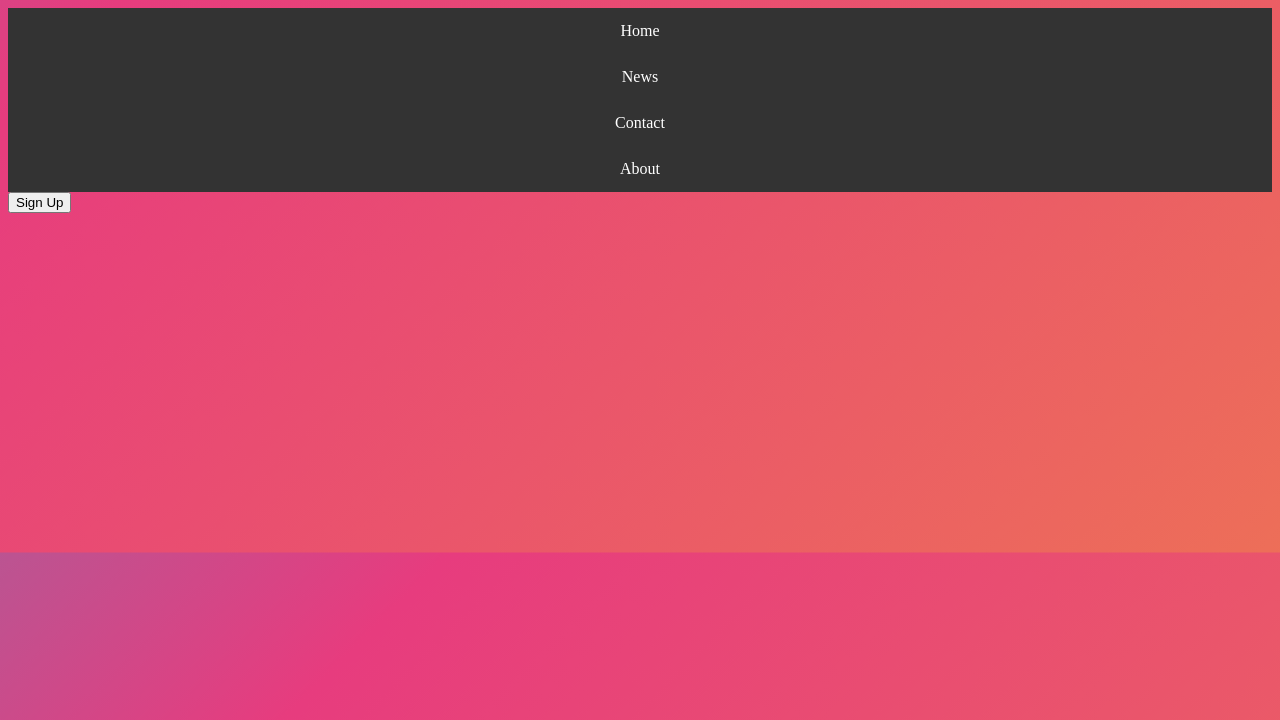
Repository: Tobby004/weather_forecast
Page: index.html
An editor plug-in stored every save of this project. The page is shown before and after the next save, followed by the edit.
The browser window is 1280 px wide. The pictures show the whole page.

Above is the page before, as saved 2023-07-12 04:06:43.

After the next save:
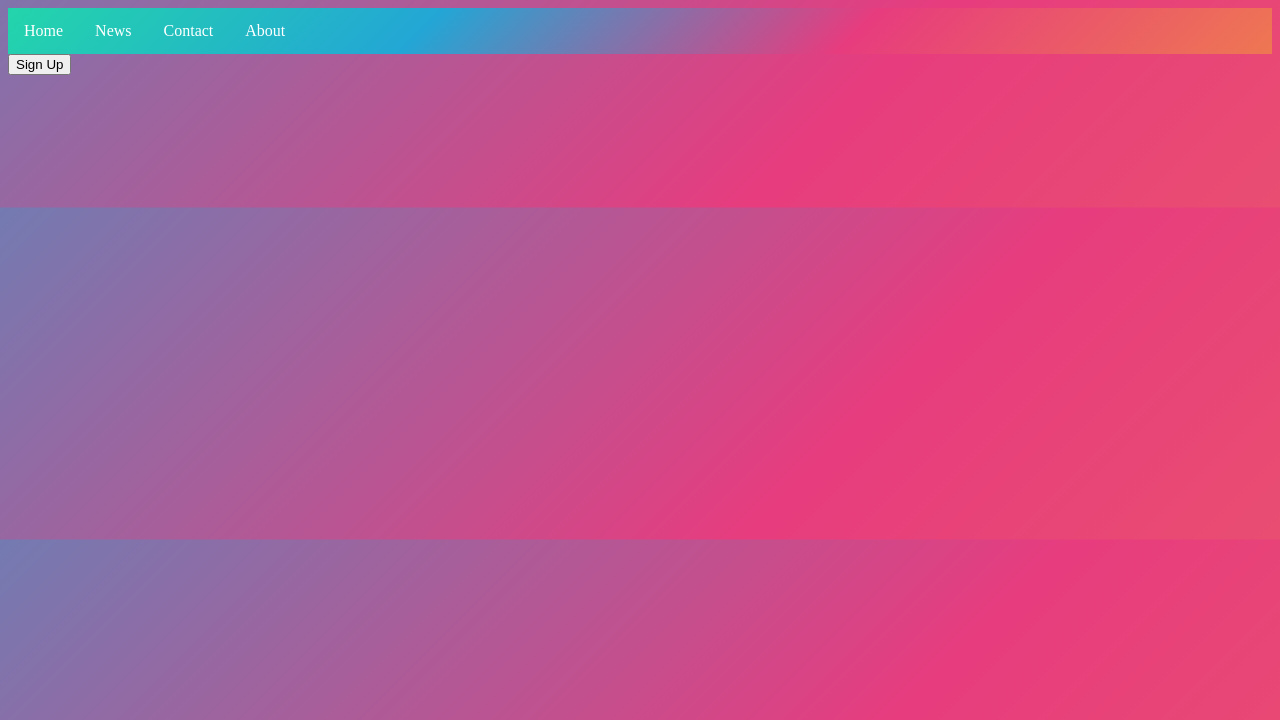
Saved 61 min 11 s later.
--- a/index.html
+++ b/index.html
@@ -23,7 +23,10 @@
         <input type="email" id="email" name="email"><br>
         <input type="submit" value="Submit">
     </form>
-    <div class=""
+    <br>
+    <input type="password" id="password" value="">
+<button id="toggleButton"><input type="checkbox"></button>
+
 </div>
 <script src="app.js"></script>
 </body>
--- a/style.css
+++ b/style.css
@@ -7,11 +7,11 @@
     margin: 0;
     padding: 0;
     overflow: hidden;
-    background-color: #333;
+    background: linear-gradient(-45deg, #ee7752, #e73c7e, #23a6d5, #23d5ab);
 }
 
 .menu li {
- text-align: center;
+ float: left;
 }
 
 .menu li a {
@@ -23,18 +23,8 @@
 }
 
 .menu li a:hover {
-    background-color: #111;
+    background-color: yellowgreen;
 }
-
-
-
-
-
-
-
-
-
-
 
 #signupForm {
     padding: 20px;
@@ -53,7 +43,7 @@
     opacity: 1;
 }
 form {
-    background: linear-gradient(45deg, #ee7752, #e73c7e, #23a6d5, #23d5ab);
+    background: linear-gradient(-45deg, #ee7752, #e73c7e, #23a6d5, #23d5ab);
 }
 .hidden {
     display: none;
@@ -73,7 +63,7 @@ form {
 body {
     background: linear-gradient(-45deg, #ee7752, #e73c7e, #23a6d5, #23d5ab);
     background-size: 400% 400%;
-    animation: gradient-background 15s ease infinite;
+    animation: gradient-background 15s linear infinite;
 }
 
 @media(max-width:767px) {
--- a/app.js
+++ b/app.js
@@ -2,3 +2,18 @@ document.getElementById('signupButton').addEventListener('click', function() {
     var form = document.getElementById('signupForm');
     form.classList.toggle('hidden');
 });
+document.getElementById('toggleButton').addEventListener('click', function() {
+    var passwordInput = document.getElementById('password');
+    var typeAttribute = passwordInput.getAttribute('type');
+
+    if (typeAttribute === 'password') {
+        passwordInput.setAttribute('type', 'text');
+    } else {
+        passwordInput.setAttribute('type', 'password');
+    }
+});
+//string
+let firstName = 'Tobi'
+let lastName = 'Olaoluwa'
+let fullName = "Mr ${firstName} ${lastName}"
+alert (fullName)
